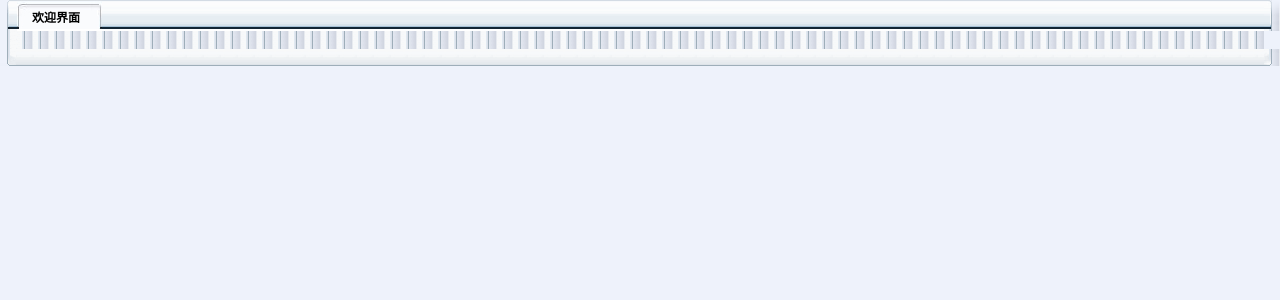
Repository: wzhcxw/shop
Page: ShopOnline/WebContent/admin/right.html
These files come from the project's save history. The page is drawn as it stood at one moment and after the next save; the edit follows.
The browser window is 1280 px wide. The pictures show the whole page.

Above is the page before, as saved 2014-09-25 01:31:04.

After the next save:
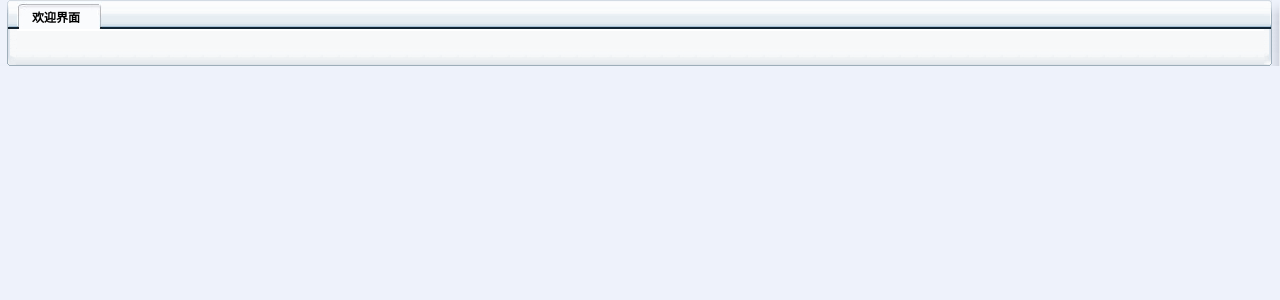
Saved 2 min 46 s later.
--- a/ShopOnline/WebContent/admin/right.html
+++ b/ShopOnline/WebContent/admin/right.html
@@ -30,7 +30,7 @@
 
 
 
-
+ 	<td valign="top" bgcolor="#F7F8F9">&nbsp;</td>
     <td background="../admin/images/mail_rightbg.gif">&nbsp;</td>
   </tr>
   <tr>
